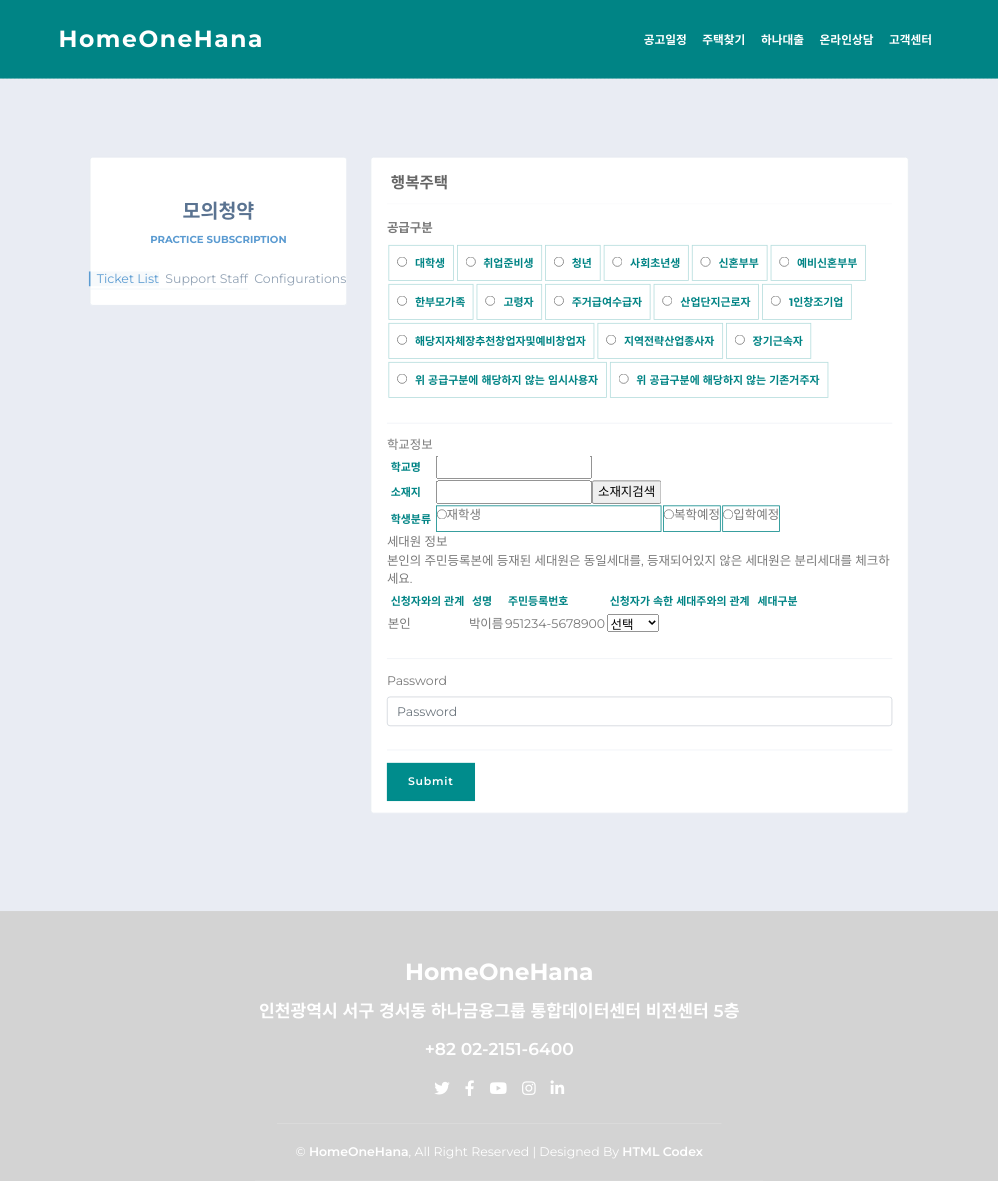
Repository: koposoftware/2021_10_syyoon
Page: http://localhost/HomeOneHana/WEB-INF/jsp/subscription/subscription.jsp
An editor plug-in stored every save of this project. The page is shown before and after the next save, followed by the edit.
The browser window is 1280 px wide. The pictures show the whole page, at 78% of full size.
Some icons come from a web library that is not loaded, so they are not drawn. Some web libraries are served in a nearby version. The page is served by Tomcat 9. Nobody is signed in. Other server files are loaded and not shown. The template is opened directly, without the code that normally fills it, so the values that code supplies are empty.

Above is the page before, as saved 2021-09-14 23:11:01.

### project/Spring-mvc/HomeOneHana/src/main/webapp/WEB-INF/jsp/subscription/subscription.jsp
<%@ page language="java" contentType="text/html; charset=UTF-8"
    pageEncoding="UTF-8"%>
<%@ taglib prefix="c" uri="http://java.sun.com/jsp/jstl/core" %>
<!DOCTYPE html>
<html>
<head>
<meta charset="UTF-8">
<title>HomeOneHana::</title>
<link href="${ pageContext.request.contextPath }/resources/css/top/menubg.css" rel="stylesheet">
<link href="${ pageContext.request.contextPath }/resources/css/subscription/subscription.css" rel="stylesheet">
<script src="https://code.jquery.com/jquery-3.6.0.js"></script>
</head>
<body>
	<header>
		<div class="limiter">
			<div class="container-login100">
				<div class="wrap-login100">
					<jsp:include page="../include/topMenu.jsp" />
				</div>
			</div>
		</div>

	</header>
	<section>

		<div class="container">
			<div class="col-md-12 bgcol">
			    <div class="col-md-4">
			        <div class="portlet light profile-sidebar-portlet bordered">
			            <div class="profile-usertitle">
			                <div class="profile-usertitle-name"> 모의청약 </div>
			                <div class="profile-usertitle-job"> practice subscription </div>
			            </div>

			            <div class="profile-usermenu">
			                <ul class="nav">
			                    <li class="active">
			                        <a href="#">
			                            <i class="icon-home"></i> Ticket List </a>
			                    </li>
			                    <li>
			                        <a href="#">
			                            <i class="icon-settings"></i> Support Staff </a>
			                    </li>
			                    <li>
			                        <a href="#">
			                            <i class="icon-info"></i> Configurations </a>
			                    </li>
			                </ul>
			            </div>
			        </div>
			    </div>
			    <div class="col-md-8">
			        <div class="portlet light bordered">
			            <div class="portlet-title tabbable-line">
			                <div class="caption caption-md">
			                    <i class="icon-globe theme-font hide"></i>
			                    <span class="caption-subject font-blue-madison bold uppercase">행복주택</span>
			                </div>
			            </div>
			            <div class="portlet-body">
			                <div>


			                    <!-- Tab panes -->
			                    <div class="tab-content">
			                        <div role="tabpanel" class="tab-pane active" id="home">
			                            <form method="get" action="${ pageContext.request.contextPath }/subscription">
			                              <div class="form-group" >
			                                <label class="ititle" >공급구분</label>
			                                	<ul class="nav btnBox" id="inputcerti">
			                                		<li class="btnOutline"><input type="radio" onClick="getvalue(this.value)" id="대학생" value="대학생" name="certification" ><label class="icontent" for="대학생"> 대학생</label></li>
			                                		<li class="btnOutline"><input type="radio" onClick="getvalue(this.value)" id="취업준비생" value="취업준비생" name="certification" ><label class="icontent" for="취업준비생"> 취업준비생</label></li>
			                                		<li class="btnOutline"><input type="radio" onClick="getvalue(this.value)" id="청년" value="청년" name="certification" ><label class="icontent" for="청년"> 청년</label></li>
			                                		<li class="btnOutline"><input type="radio" onClick="getvalue(this.value)" id="사회초년생" value="사회초년생" name="certification" ><label class="icontent" for="사회초년생"> 사회초년생</label></li>
			                                		<li class="btnOutline"><input type="radio" onClick="getvalue(this.value)" id="신혼부부"  value="신혼부부" name="certification" ><label class="icontent" for="신혼부부" > 신혼부부</label></li>
			                                		<li class="btnOutline"><input type="radio" onClick="getvalue(this.value)" id="예비신혼부부" value="예비신혼부부" name="certification" ><label class="icontent" for="예비신혼부부"> 예비신혼부부</label></li>
			                                		<li class="btnOutline"><input type="radio" onClick="getvalue(this.value)" id="한부모가족" value="한부모가족" name="certification" ><label class="icontent" for="한부모가족"> 한부모가족</label></li>
			                                		<li class="btnOutline"><input type="radio" onClick="getvalue(this.value)" id="고령자" value="고령자" name="certification" ><label class="icontent" for="고령자"> 고령자</label></li>
			                                		<li class="btnOutline"><input type="radio" onClick="getvalue(this.value)" id="주거급여수급자" value="주거급여수급자" name="certification" ><label class="icontent" for="주거급여수급자"> 주거급여수급자</label></li>
			                                		<li class="btnOutline"><input type="radio" onClick="getvalue(this.value)" id="산업단지근로자" value="산업단지근로자" name="certification" ><label class="icontent" for="산업단지근로자"> 산업단지근로자</label></li>
			                                		<li class="btnOutline"><input type="radio" onClick="getvalue(this.value)" id="1인창조기업" value="1인 창조기업" name="certification" ><label class="icontent" for="1인창조기업"> 1인창조기업</label></li>
			                                		<li class="btnOutline"><input type="radio" onClick="getvalue(this.value)" id="해당지자체장추천창업자및예비창업자" value="해당 지자체장 추천 창업자 및 예비 창업자" name="certification" ><label class="icontent" for="해당지자체장추천창업자및예비창업자"> 해당지자체장추천창업자및예비창업자</label></li>
			                                		<li class="btnOutline"><input type="radio" onClick="getvalue(this.value)" id="지역전략산업종사자" value="지역전략산업 종사자" name="certification" ><label class="icontent" for="지역전략산업종사자"> 지역전략산업종사자</label></li>
			                                		<li class="btnOutline"><input type="radio" onClick="getvalue(this.value)" id="장기근속자" value="장기근속자" name="certification" ><label class="icontent" for="장기근속자"> 장기근속자</label></li>
			                                		<li class="btnOutline"><input type="radio" onClick="getvalue(this.value)" id="etc1" value="위 공급구분에 해당하지 않는 임시사용자" name="certification" ><label class="icontent" for="etc1"> 위 공급구분에 해당하지 않는 임시사용자</label></li>
			                                		<li class="btnOutline"><input type="radio" onClick="getvalue(this.value)" id="etc2" value="위 공급구분에 해당하지 않는 기존거주자" name="certification" ><label class="icontent" for="etc2"> 위 공급구분에 해당하지 않는 기존거주자</label></li>
			                                	</ul>
			                              </div>
			                                <div id="ranking-group">

			                                </div>
			                                <div id="agree-group">
			                                	<div class="form-group">

			                                		<form action="#" method="post">
			                                			<div>학교정보</div>
				                                		<table>
				                                			<tr>
				                                				<th><div class="icontent">학교명</div></th>
				                                				<td><input type="text" name="schoolname"></td>
				                                			</tr>
				                                			<tr>
				                                				<th><div class="icontent">소재지</div></th>
				                                				<td><input type="text" name="schooladdr"><input type="button" value="소재지검색"></td>
				                                			</tr>
				                                			<tr>
				                                				<th><div class="icontent">학생분류</div></th>
				                                				<td><div style="border:1px solid #008485;"><input type="radio" id="재학생" name="schooltype" value="재학생"><label for="재학생"  class="ranktitle"> 재학생</label></div></td>
				                                				<td><div style="border:1px solid #008485;"><input type="radio" id="복학예정" name="schooltype" value="복학예정"><label for="복학예정"  class="ranktitle"> 복학예정</label></div></td>
				                                				<td><div style="border:1px solid #008485;"><input type="radio" id="입학예정" name="schooltype" value="입학예정"><label for="입학예정"  class="ranktitle"> 입학예정</label></div></td>
				                                			</tr>
				                                		</table>


				                                		<div>세대원 정보</div>
				                                		<div>본인의 주민등록본에 등재된 세대원은 동일세대를, 등재되어있지 않은 세대원은 분리세대를 체크하세요.</div>
				                                		<table>
				                                			<thead>
					                                			<tr>
					                                				<th><div class="icontent">신청자와의 관계</div></th>
					                                				<th><div class="icontent">성명</div></th>
					                                				<th><div class="icontent">주민등록번호</div></th>
					                                				<th><div class="icontent">신청자가 속한 세대주와의 관계</div></th>
					                                				<th><div class="icontent">세대구분</div></th>
					                                			</tr>
				                                			</thead>
				                                			<tbody>
				                                				<tr>
				                                					<td>본인</td>
				                                					<td>박이름</td>
				                                					<td>951234-5678900</td>
				                                					<td><select>
				                                							<option selected>선택</option>
				                                							<option>부모</option>
				                                							<option>자식</option>
				                                							<option>형제</option>
				                                							<option>조부모</option>
				                                						</select>

				                                			</tbody>
				                                		</table>

			                                		</form>

				                              </div>

			                                </div>

			                              <div class="form-group">
			                                <label for="exampleInputPassword1">Password</label>
			                                <input type="password" class="form-control" id="exampleInputPassword1" placeholder="Password">
			                              </div>

			                              <button type="submit" class="btn btn-default">Submit</button>
			                            </form>
			                        </div>
			                        <div role="tabpanel" class="tab-pane" id="profile">Profile</div>
			                        <div role="tabpanel" class="tab-pane" id="messages">Messages</div>
			                        <div role="tabpanel" class="tab-pane" id="settings">Settings</div>
			                    </div>

			                </div>
			            </div>
			        </div>
			    </div>
			</div>
			</div>

	</section>
	<script src="${ pageContext.request.contextPath }/resources/js/subscription/subscription.js"></script>
	<footer>
		<jsp:include page="../include/bottomMenu.jsp" />
	</footer>
</body>
</html>

### project/Spring-mvc/HomeOneHana/src/main/webapp/WEB-INF/jsp/include/topMenu.jsp
<%@ page language="java" contentType="text/html; charset=UTF-8"
    pageEncoding="UTF-8"%>
<%@ taglib prefix="c" uri="http://java.sun.com/jsp/jstl/core" %>

        <meta content="width=device-width, initial-scale=1.0" name="viewport">
        <meta content="Free Website Template" name="keywords">
        <meta content="Free Website Template" name="description">


		<!-- font-awesome icon  -->
		<link href="//maxcdn.bootstrapcdn.com/font-awesome/4.1.0/css/font-awesome.min.css" rel="stylesheet" />

        <!-- Favicon -->
        <!-- <link href="/Practice-Web/Front/img/favicon.ico" rel="icon"> -->

        <!-- Google Font -->
        <link href="https://fonts.googleapis.com/css2?family=Montserrat:wght@300;400;500;600;700&display=swap" rel="stylesheet">
		<link href="https://fonts.googleapis.com/css2?family=Noto+Sans+KR:wght@100&display=swap" rel="stylesheet">

        <!-- CSS Libraries -->
        <link href="https://stackpath.bootstrapcdn.com/bootstrap/4.4.1/css/bootstrap.min.css" rel="stylesheet">
        <link href="https://cdnjs.cloudflare.com/ajax/libs/font-awesome/5.10.0/css/all.min.css" rel="stylesheet">

        <link href="${ pageContext.request.contextPath }/resources/lib/animate/animate.min.css" rel="stylesheet">
        <link href="${ pageContext.request.contextPath }/resources/lib/owlcarousel/assets/owl.carousel.min.css" rel="stylesheet">
        <link href="${ pageContext.request.contextPath }/resources/lib/lightbox/css/lightbox.min.css" rel="stylesheet">



        <!-- Template Stylesheet -->
        <link href="${ pageContext.request.contextPath }/resources/css/style.css" rel="stylesheet">

<!-- Nav Bar Start -->
<div class="navbar navbar-expand-lg bg-light navbar-light">
    <div class="container-fluid">
        <a href="${ pageContext.request.contextPath }/" class="navbar-brand">HomeOneHana</a>
        <button type="button" class="navbar-toggler" data-toggle="collapse" data-target="#navbarCollapse">
            <span class="navbar-toggler-icon"></span>
        </button>

        <div class="collapse navbar-collapse justify-content-between" id="navbarCollapse">
            <div class="navbar-nav ml-auto">
                <!-- <a href="Front/index2.jsp" class="nav-item nav-link active">Home</a> -->
                <a href="${ pageContext.request.contextPath }/schedule" class="nav-item nav-link">공고일정</a>
                <a href="${ pageContext.request.contextPath }/search" class="nav-item nav-link">주택찾기</a>
                <a href="${ pageContext.request.contextPath }/loan" class="nav-item nav-link">하나대출</a>
                <a href="${ pageContext.request.contextPath }/consult/reservation" class="nav-item nav-link">온라인상담</a>
                <a href="#" class="nav-item nav-link">고객센터</a>


                <%--로그인사용자만 접근가능 --%>
                <c:if test="${ not empty sessionScope.loginVO  }">
	               	<a href="${ pageContext.request.contextPath }/logout" class="nav-item nav-link">로그아웃</a>
	                <a href="#" class="nav-item nav-link"><i class="fas fa-user-circle fa-3x"></i></a>
                </c:if>

            </div>
        </div>
    </div>
</div>

### project/Spring-mvc/HomeOneHana/src/main/webapp/WEB-INF/jsp/include/bottomMenu.jsp
<%@ page language="java" contentType="text/html; charset=UTF-8"
    pageEncoding="UTF-8"%>
		<!-- Footer Start -->
        <div class="footer wow fadeIn" data-wow-delay="0.3s">
            <div class="container-fluid">
                <div class="container">
                    <div class="footer-info">
                        <h2>HomeOneHana</h2>
                        <h3>인천광역시 서구 경서동 하나금융그룹 통합데이터센터 비전센터 5층</h3>
                        <div class="footer-menu">
                            <p>+82 02-2151-6400</p>
                        </div>
                        <div class="footer-social">
                            <a href=""><i class="fab fa-twitter"></i></a>
                            <a href=""><i class="fab fa-facebook-f"></i></a>
                            <a href=""><i class="fab fa-youtube"></i></a>
                            <a href=""><i class="fab fa-instagram"></i></a>
                            <a href=""><i class="fab fa-linkedin-in"></i></a>
                        </div>
                    </div>
                </div>
                <div class="container copyright">
                    <p>&copy; <a href="#">HomeOneHana</a>, All Right Reserved | Designed By <a href="https://htmlcodex.com">HTML Codex</a></p>
                </div>
            </div>
        </div>
        <!-- Footer End -->


        <!-- Back to top button -->
        <a href="#" class="btn back-to-top"><i class="fa fa-chevron-up"></i></a>


        <!-- Pre Loader -->
        <div id="loader" class="show">
            <div class="loader"></div>
        </div>


		<!-- JavaScript Libraries -->
        <script src="https://code.jquery.com/jquery-3.4.1.min.js"></script>
        <script src="https://stackpath.bootstrapcdn.com/bootstrap/4.4.1/js/bootstrap.bundle.min.js"></script>
        <script src="${ pageContext.request.contextPath }/resources/lib/easing/easing.min.js"></script>
        <script src="${ pageContext.request.contextPath }/resources/lib/wow/wow.min.js"></script>
        <script src="${ pageContext.request.contextPath }/resources/lib/waypoints/waypoints.min.js"></script>
        <script src="${ pageContext.request.contextPath }/resources/lib/typed/typed.min.js"></script>
        <script src="${ pageContext.request.contextPath }/resources/lib/owlcarousel/owl.carousel.min.js"></script>
        <script src="${ pageContext.request.contextPath }/resources/lib/isotope/isotope.pkgd.min.js"></script>
        <script src="${ pageContext.request.contextPath }/resources/lib/lightbox/js/lightbox.min.js"></script>

        <!-- Contact Javascript File -->
        <script src="${ pageContext.request.contextPath }/resources/mail/jqBootstrapValidation.min.js"></script>
        <script src="${ pageContext.request.contextPath }/resources/mail/contact.js"></script>

        <!-- Template Javascript -->
        <script src="${ pageContext.request.contextPath }/resources/js/main.js"></script>

### project/Spring-mvc/HomeOneHana/src/main/webapp/resources/css/top/menubg.css
@charset "UTF-8";


header{
	height:101px;
	background-color:#008485;
}
@media(max-width:992px){
	header{
		height:70px;
	}
}

Loaded but not shown: project/Spring-mvc/HomeOneHana/src/main/webapp/resources/lib/animate/animate.min.css (library); project/Spring-mvc/HomeOneHana/src/main/webapp/resources/lib/owlcarousel/assets/owl.carousel.min.css (common file); project/Spring-mvc/HomeOneHana/src/main/webapp/resources/lib/lightbox/css/lightbox.min.css (common file); project/Spring-mvc/HomeOneHana/src/main/webapp/resources/lib/easing/easing.min.js (common file); project/Spring-mvc/HomeOneHana/src/main/webapp/resources/lib/wow/wow.min.js (library); project/Spring-mvc/HomeOneHana/src/main/webapp/resources/lib/waypoints/waypoints.min.js (library); project/Spring-mvc/HomeOneHana/src/main/webapp/resources/lib/typed/typed.min.js (library); project/Spring-mvc/HomeOneHana/src/main/webapp/resources/lib/owlcarousel/owl.carousel.min.js (library); project/Spring-mvc/HomeOneHana/src/main/webapp/resources/lib/isotope/isotope.pkgd.min.js (library); project/Spring-mvc/HomeOneHana/src/main/webapp/resources/lib/lightbox/js/lightbox.min.js (library); project/Spring-mvc/HomeOneHana/src/main/webapp/resources/mail/jqBootstrapValidation.min.js (library); project/Spring-mvc/HomeOneHana/src/main/webapp/resources/js/subscription/subscription.js (162 lines, source omitted); project/Spring-mvc/HomeOneHana/src/main/webapp/resources/js/main.js (108 lines, source omitted); project/Spring-mvc/HomeOneHana/src/main/webapp/resources/mail/contact.js (65 lines, source omitted); project/Spring-mvc/HomeOneHana/src/main/webapp/resources/css/subscription/subscription.css (2137 lines, source omitted); project/Spring-mvc/HomeOneHana/src/main/webapp/resources/css/style.css (1648 lines, source omitted)

After the next save:
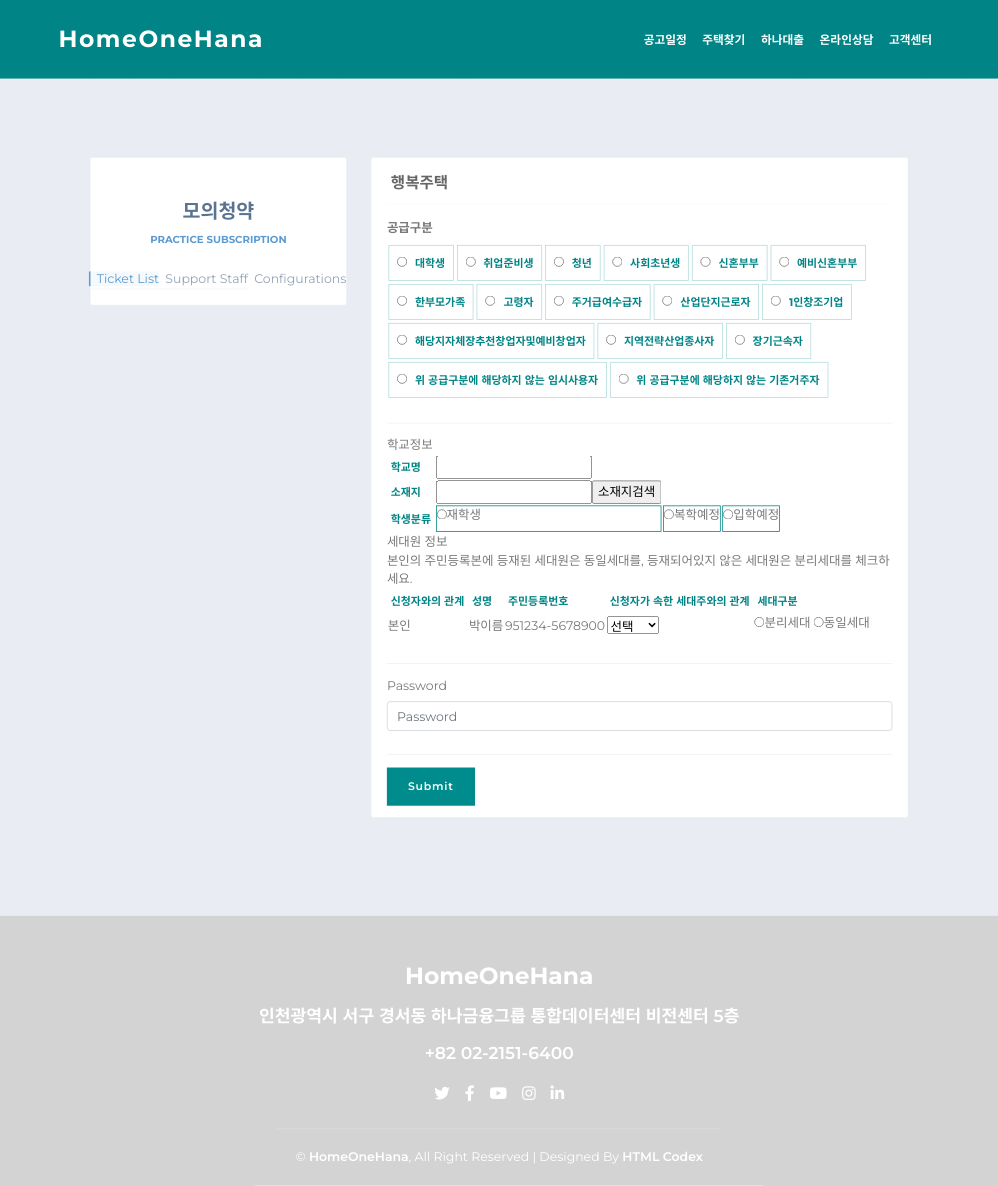
Saved 2 min 5 s later.
--- a/project/Spring-mvc/HomeOneHana/src/main/webapp/WEB-INF/jsp/subscription/subscription.jsp
+++ b/project/Spring-mvc/HomeOneHana/src/main/webapp/WEB-INF/jsp/subscription/subscription.jsp
@@ -137,6 +137,12 @@
 				                                							<option>형제</option>
 				                                							<option>조부모</option>
 				                                						</select>
+				                                					</td>
+				                                					<td>
+				                                						<input type="radio" id="seperate" name="familytype" value="분리세대"><label for="seperate" >분리세대</label>
+				                                						<input type="radio" id="same" name="familytype" value="동일세대"><label for="same" >동일세대</label>
+
+				                                					</td>
 
 				                                			</tbody>
 				                                		</table>
